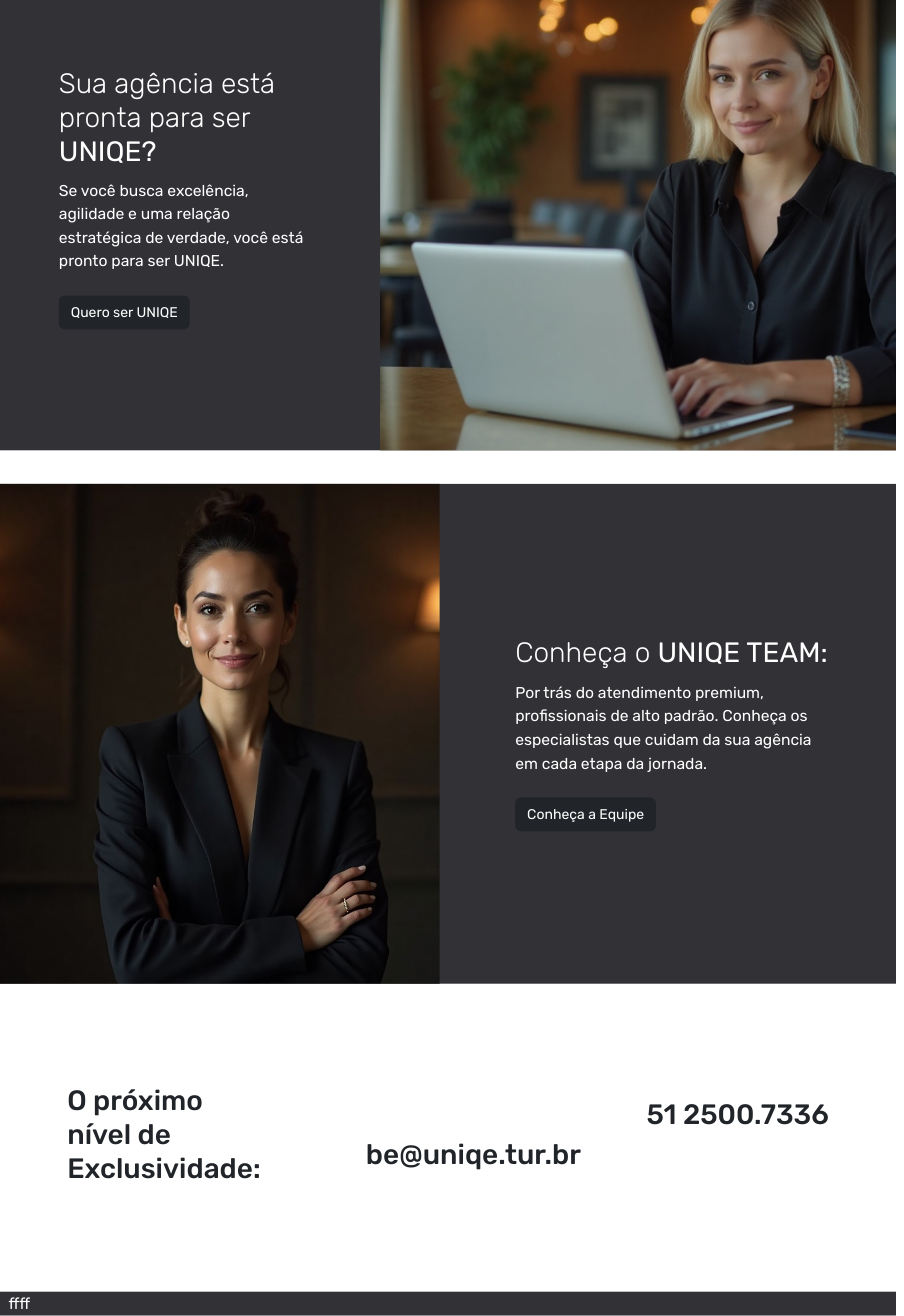
Repository: SkyTeam-Dev/Site-Uniqe
Page: http://localhost/
An editor plug-in stored every save of this project. The page is shown before and after the next save, followed by the edit.
The browser window is 1280 px wide. The page is 1292 px wide, so the pictures cover 1292 px, including what lies to the right of the window. The pictures show the part of the page from y = 2705 to 4585 px (the page is 4585 px tall), at 70% of full size.
Some web libraries are served in a nearby version. The page is run by PHP 8.4 with error messages shown; the project is at /var/www/html/.

Above is the page before, as saved 2025-07-04 11:12:15.

After the next save:
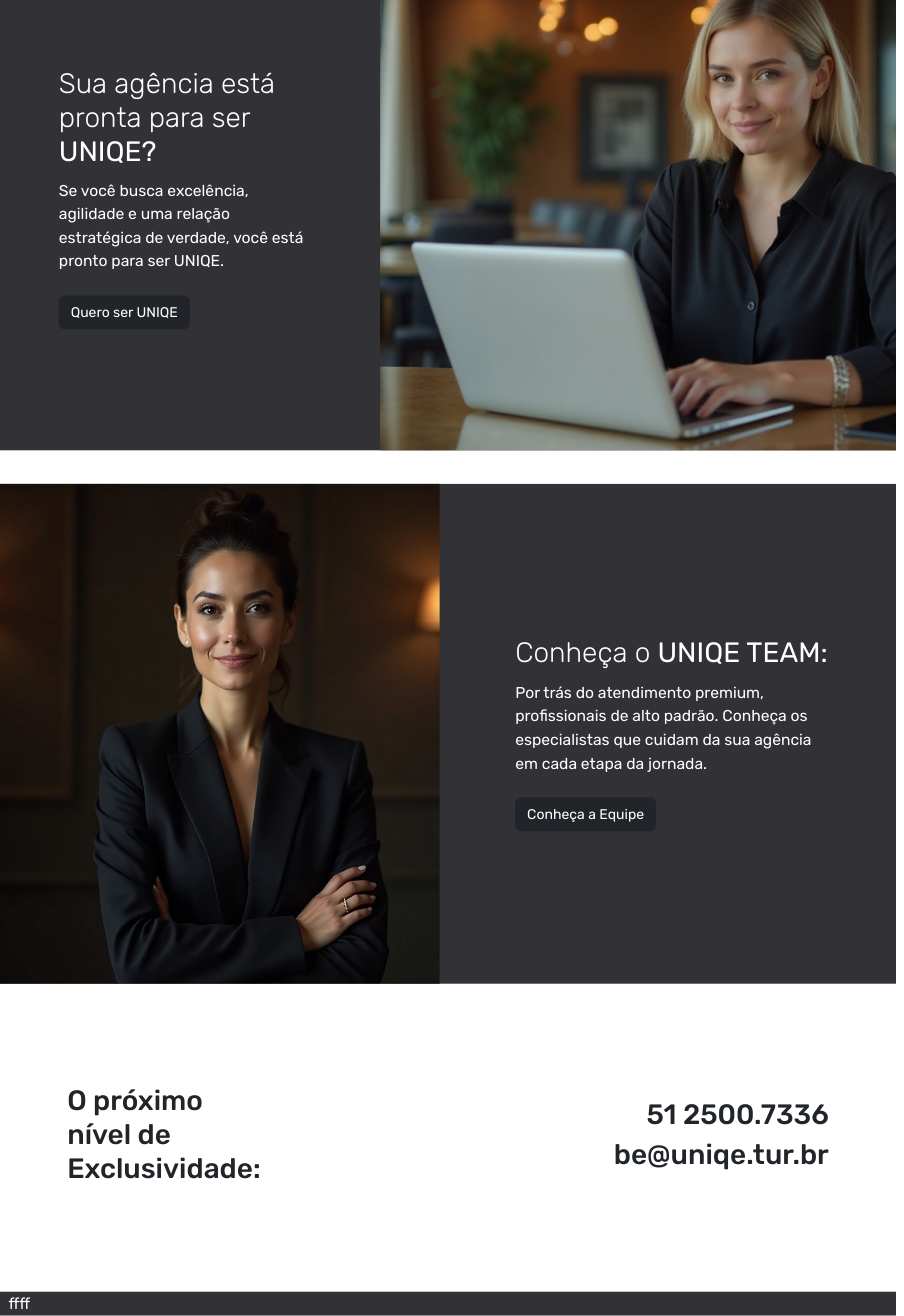
Saved 15 s later.
--- a/index.php
+++ b/index.php
@@ -512,7 +512,7 @@
                 <div class="col-md-8 p-5 mb-4 mb-md-0">
                     <div class="p-5">
                         <h1 class="text-end">51 2500.7336</h1>
-                        <h1>be@uniqe.tur.br</h1>
+                        <h1 class="text-end">be@uniqe.tur.br</h1>
                     </div>
                 </div>
 
